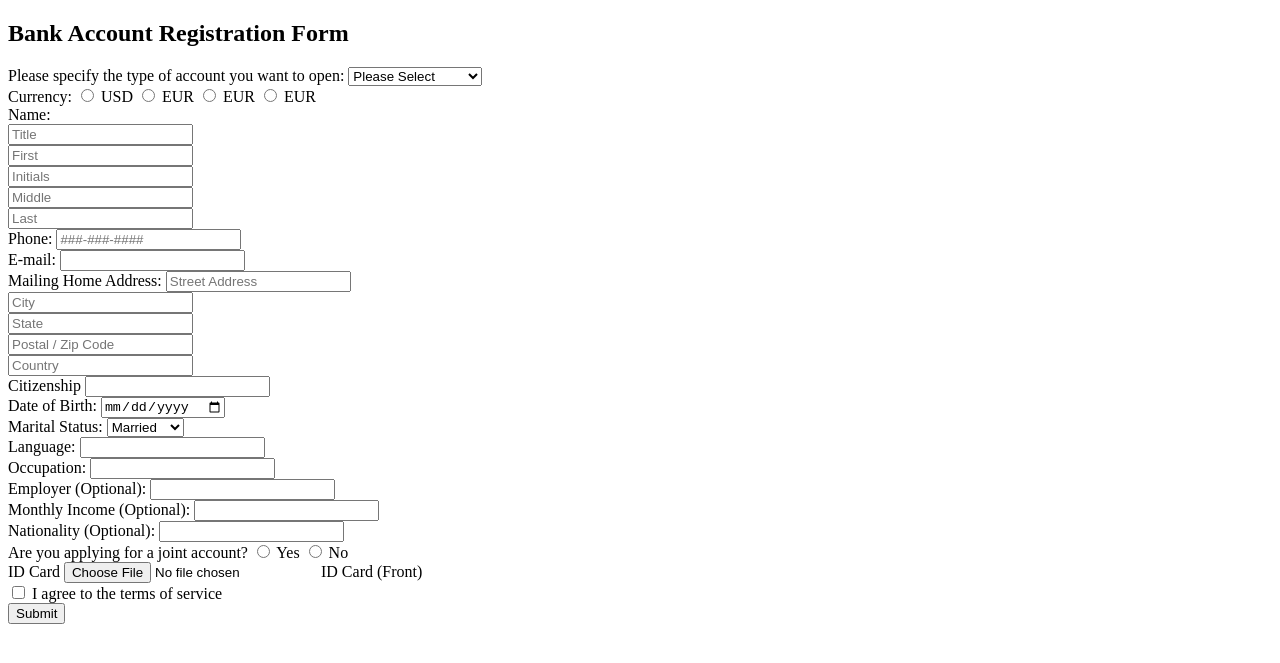
Repository: hizeetech/First-Assignment
Page: sign_up.html
These files come from the project's save history. The page is drawn as it stood at one moment and after the next save; the edit follows.
The browser window is 1280 px wide. The pictures show the whole page.

Above is the page before, as saved 2024-11-09 02:31:29.

### sign_up.html
<!DOCTYPE html>
<html lang="en">
<head>
    <meta charset="UTF-8">
    <meta name="viewport" content="width=device-width, initial-scale=1.0">
    <title>Bank Account Registration Form</title>

</head>
<body>

<div>
    <h2>Bank Account Registration Form</h2>
    <form action="#" method="post">

        <div>
            <label for="account-type">Please specify the type of account you want to open:</label>
            <select id="account-type" name="account_type" required>
                <option value="">Please Select</option>
                <option value="savings">Savings Account</option>
                <option value="current">Current Account</option>
                <option value="corporate">Corporate Account</option>
            </select>
        </div>

        <div>
            <label>Currency:</label>
            <label><input type="radio" name="currency" value="NGN" required> USD</label>
            <label><input type="radio" name="currency" value="USD"> EUR</label>
            <label><input type="radio" name="currency" value="EUR"> EUR</label>
            <label><input type="radio" name="currency" value="POUNDS"> EUR</label>
        </div>

        <div>
            <label for="title">Name:</label>
            <div class="inline"><input type="text" id="title" name="title" placeholder="Title"></div>
            <div class="inline"><input type="text" name="first_name" placeholder="First" required></div>
            <div class="inline"><input type="text" name="initials" placeholder="Initials"></div>
            <div class="inline"><input type="text" name="middle_name" placeholder="Middle"></div>
            <input type="text" name="last_name" placeholder="Last" required>
        </div>

        <div>
            <label for="phone">Phone:</label>
            <input type="tel" id="phone" name="phone" placeholder="###-###-####" required>
        </div>

        <div>
            <label for="email">E-mail:</label>
            <input type="email" id="email" name="email" required>
        </div>

        <div>
            <label for="address">Mailing Home Address:</label>
            <input type="text" id="address" name="address" placeholder="Street Address" required>
            <div class="inline"><input type="text" name="city" placeholder="City" required></div>
            <div class="inline"><input type="text" name="state" placeholder="State" required></div>
            <div class="inline"><input type="text" name="postal_code" placeholder="Postal / Zip Code" required></div>
            <input type="text" name="country" placeholder="Country" required>
        </div>

        <div>
            <label for="citizenship">Citizenship</label>
            <input type="citizenship" id="citizenship" name="citizenship" required>
        </div>

        <div>
            <label for="dob">Date of Birth:</label>
            <input type="date" id="dob" name="dob" required>
        </div>

        <div>
            <label for="marital-status">Marital Status:</label>
            <select id="marital-status" name="marital_status" required>
                <option value="married">Married</option>
                <option value="single">Single</option>
                <option value="divorced">Divorced</option>
                <option value="widowed">Widowed</option>
            </select>
        </div>

        <div>
            <label for="language">Language:</label>
            <input type="text" id="language" name="language" required>
        </div>
        <div>
            <label for="occupation">Occupation:</label>
            <input type="text" id="occupation" name="occupation" required>
        </div>
        <div>
            <label for="employer">Employer (Optional):</label>
            <input type="text" id="employer" name="employer">
        </div>
        <div>
            <label for="income">Monthly Income (Optional):</label>
            <input type="text" id="income" name="monthly_income">
        </div>


        <div>
            <label for="nationality">Nationality (Optional):</label>
            <input type="text" id="nationality" name="nationality">
        </div>
        <div>
            <label>Are you applying for a joint account?</label>
            <label><input type="radio" name="joint_account" value="yes"> Yes</label>
            <label><input type="radio" name="joint_account" value="no"> No</label>
        </div>

        <div>
            <label>ID Card</label>
            <input type="file" accept="image/png, image/jpg, image/jpeg, image/webp, image/gif">
            <label for="id-card">ID Card (Front)</label>
        </div>

        <div>
            <input type="checkbox" id="terms" name="terms" required>
            <label for="terms">I agree to the terms of service</a></label>
        </div>



        <button type="submit" class="submit-btn">Submit</button>
    </form>
</div>

</body>
</html>

After the next save:
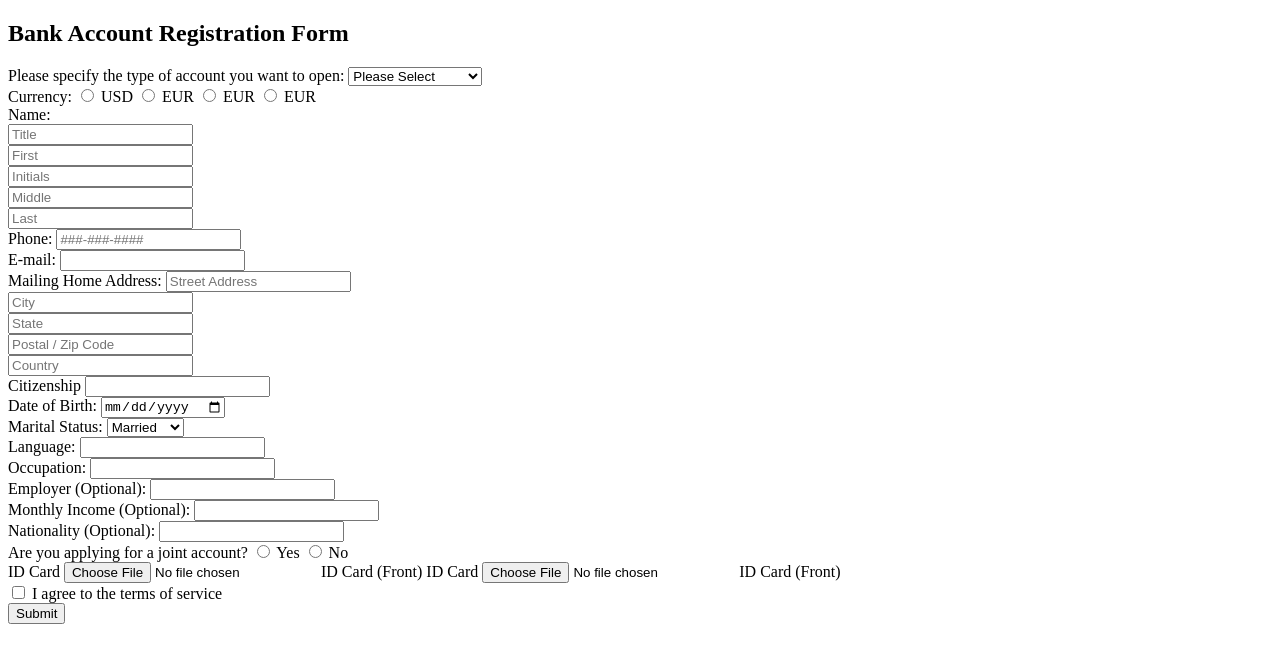
Saved 24 s later.
--- a/sign_up.html
+++ b/sign_up.html
@@ -110,6 +110,9 @@
             <label>ID Card</label>
             <input type="file" accept="image/png, image/jpg, image/jpeg, image/webp, image/gif">
             <label for="id-card">ID Card (Front)</label>
+            <label>ID Card</label>
+            <input type="file" accept="image/png, image/jpg, image/jpeg, image/webp, image/gif">
+            <label for="id-card">ID Card (Front)</label>
         </div>
 
         <div>
